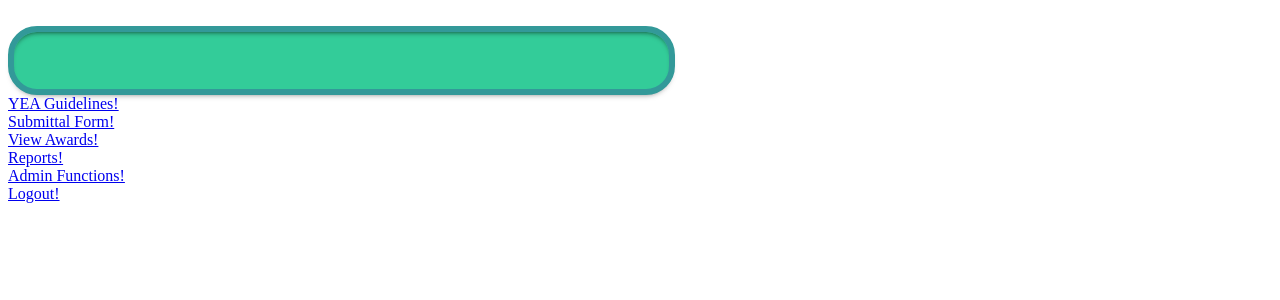
Repository: prajaktamore/Web-Based-Programming-3
Page: http://localhost/BinaryCalculator/entranceAdmin.jsp
These files come from the project's save history. The page is drawn as it stood at one moment and after a run of saves; the edit follows.
The browser window is 1280 px wide. The pictures show the whole page.
The page is served by Tomcat 9.

Above is the page before, as saved 2014-04-28 01:25:28.

After the next 2 saves:
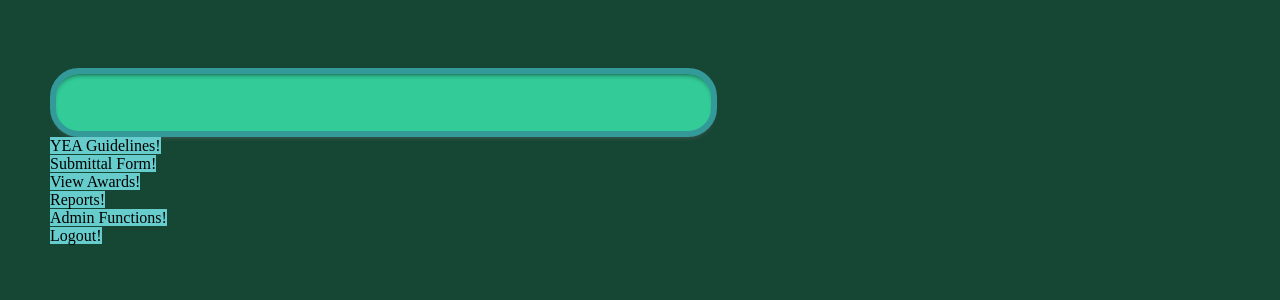
The 2 saves are shown as one change because they came seconds apart.
The last was saved 45 s later.
--- a/BinaryCalculator/WebContent/entranceAdmin.jsp
+++ b/BinaryCalculator/WebContent/entranceAdmin.jsp
@@ -5,6 +5,7 @@
 <head>
 <meta http-equiv="Content-Type" content="text/html; charset=ISO-8859-1">
 <title>Welcome Administrator</title>
+<link href="more.css" rel="stylesheet" type="text/css" />
 </head>
 <body>
 <body>
